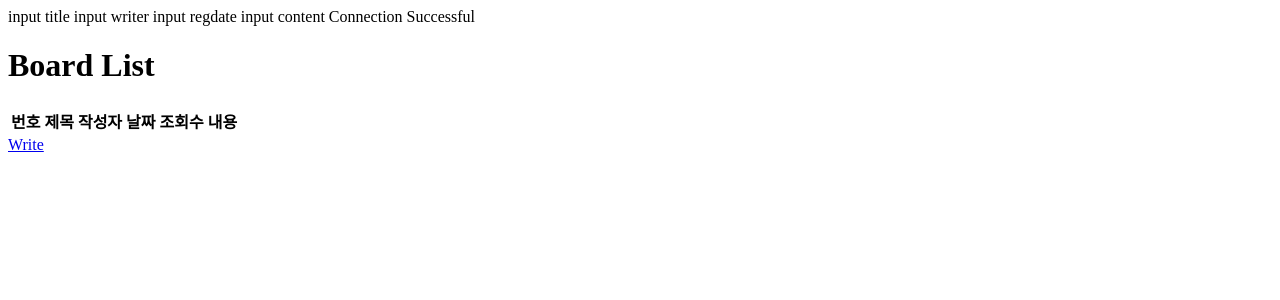
Repository: LEECHAEHEE/webProgramming
Page: http://localhost/board/
The author's editor kept a copy of each file at every save. The page is drawn from the files as they stood at one save, then again after the next save.
The browser window is 1280 px wide. The pictures show the whole page.
The page is served by Tomcat 9. Nobody is signed in. The application's start-up code is not run. Other server files are loaded and not shown. Queries for data that is not in the repository find no rows.

Above is the page before, as saved 2018-04-02 10:00:41.

### board/WebContent/index.jsp
<%@ page language="java" contentType="text/html; charset=EUC-KR" pageEncoding="EUC-KR" %>
<%@ page import="java.sql.*" %>
<!DOCTYPE html>
<html>
<head>
<meta charset="EUC-KR">
<title>Board</title>
<%
	int idx = 1;
	String title = request.getParameter("title");
	String writer = request.getParameter("writer");
	String regdate = request.getParameter("regdate");
	String content = request.getParameter("content");
	int count = 100;

	if(title==null||title=="")
		out.println("input title");

	if(writer==null||writer=="")
		out.println("input writer");

	if(regdate==null||regdate=="")
		out.println("input regdate");

	if(content==null||content=="")
		out.println("input content");

	try{
		String driverName = "oracle.jdbc.driver.OracleDriver";
		String url = "jdbc:oracle:thin:@localhost:1521:XE";

		ResultSet rs = null;
		Class.forName(driverName);
		Connection conn = DriverManager.getConnection(url,"board","board");
		out.println("Connection Successful");

		Statement stmt = conn.createStatement();
		String sql = "select * from board order by idx desc";
		rs = stmt.executeQuery(sql);

%>
</head>
<body>
<h1>Board List</h1>
	<table>
		<tr>					<!-- table row -->
			<th>번호</th>		<!-- table header -->
			<th>제목</th>
			<th>작성자</th>
			<th>날짜</th>
			<th>조회수</th>
			<th>내용</th>
		</tr>
		<%-- <tr>
			<td><%=idx %></td>
			<td><%=title %></td>
			<td><%=writer %></td>
			<td><%=regdate %></td>
			<td><%=count %></td>
			<td><%=content %></td>
		</tr> --%>
		<%
	 while(rs.next()){
			out.println("<tr>");
			out.println("<td>" + rs.getString(1) + "</td>");
			out.println("<td>" + rs.getString(2) + "</td>");
			out.println("<td>" + rs.getString(3) + "</td>");
			out.println("<td>" + rs.getString(4) + "</td>");
			out.println("<td>" + rs.getString(5) + "</td>");
			out.println("<td>" + rs.getString(6) + "</td>");
			out.println("</tr>");
		}

%>
	</table>

	<a href="write.jsp">Write</a>
<%
	conn.close();
		}catch(Exception e){
			out.println("Connection Failed");
			out.println(e.getMessage());
			e.printStackTrace();
	}
%>
</body>
</html>

After the next save:
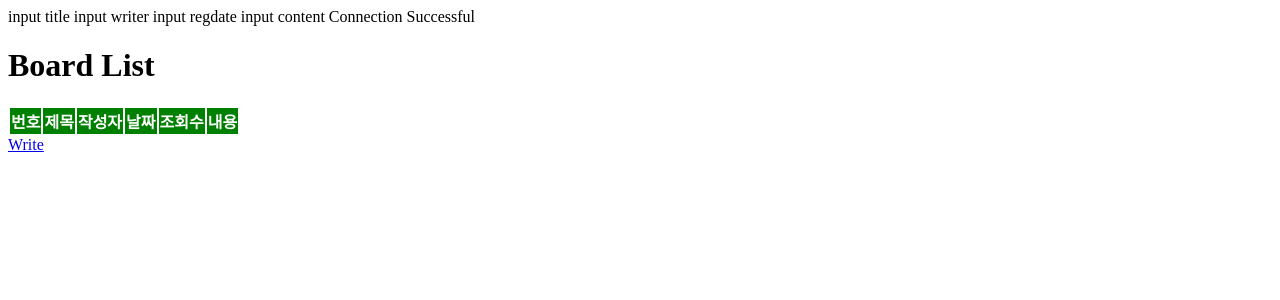
Saved 4 min 8 s later.
--- a/board/WebContent/index.jsp
+++ b/board/WebContent/index.jsp
@@ -39,6 +39,10 @@
 		rs = stmt.executeQuery(sql);
 
 %>
+<style type="text/css">
+	table, td, th {border : 1px sold green;}
+	th {background-color:green; color:white;}
+</style>
 </head>
 <body>
 <h1>Board List</h1>
@@ -51,15 +55,8 @@
 			<th>조회수</th>
 			<th>내용</th>
 		</tr>
-		<%-- <tr>
-			<td><%=idx %></td>
-			<td><%=title %></td>
-			<td><%=writer %></td>
-			<td><%=regdate %></td>
-			<td><%=count %></td>
-			<td><%=content %></td>
-		</tr> --%>
-		<%
+
+<%
 	 while(rs.next()){
 			out.println("<tr>");
 			out.println("<td>" + rs.getString(1) + "</td>");
